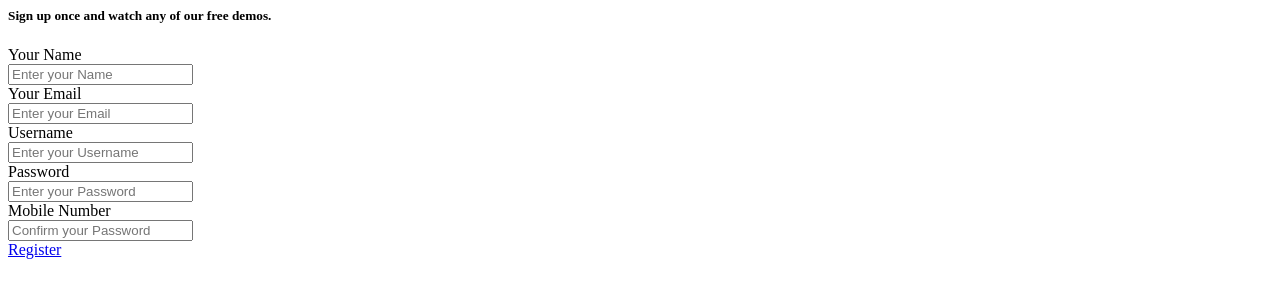
Repository: aneishkumar/AngularJS-Application
Page: Angularjs-Application-march16th/project2/WebContent/register.html
These files come from the project's save history. The page is drawn as it stood at one moment and after the next save; the edit follows.
The browser window is 1280 px wide. The pictures show the whole page.

Above is the page before, as saved 2018-03-15 19:10:40.

### Angularjs-Application-march16th/project2/WebContent/register.html
<div class="container">
			<div class="row main">
				<div class="main-login main-center">
				<h5>Sign up once and watch any of our free demos.</h5>
					<form >

						<div class="form-group">
							<label for="name" class="cols-sm-2 control-label">Your Name</label>
							<div class="cols-sm-10">
								<div class="input-group">
									<span class="input-group-addon"><i class="fa fa-user fa" aria-hidden="true"></i></span>
									<input type="text" class="form-control" name="name" ng-model="user.name"  placeholder="Enter your Name"/>
								</div>
							</div>
						</div>

						<div class="form-group">
							<label for="email" class="cols-sm-2 control-label">Your Email</label>
							<div class="cols-sm-10">
								<div class="input-group">
									<span class="input-group-addon"><i class="fa fa-envelope fa" aria-hidden="true"></i></span>
									<input type="text" class="form-control" name="email" ng-model="user.EMAILID"  placeholder="Enter your Email"/>
								</div>
							</div>
						</div>

						<div class="form-group">
							<label for="username" class="cols-sm-2 control-label">Username</label>
							<div class="cols-sm-10">
								<div class="input-group">
									<span class="input-group-addon"><i class="fa fa-users fa" aria-hidden="true"></i></span>
									<input type="text" class="form-control" name="username" ng-model="user.USERNAME"  placeholder="Enter your Username"/>
								</div>
							</div>
						</div>

						<div class="form-group">
							<label for="password" class="cols-sm-2 control-label">Password</label>
							<div class="cols-sm-10">
								<div class="input-group">
									<span class="input-group-addon"><i class="fa fa-lock fa-lg" aria-hidden="true"></i></span>
									<input type="password" class="form-control" name="password" ng-model="user.password"  placeholder="Enter your Password"/>
								</div>
							</div>
						</div>

						<div class="form-group">
							<label for="confirm" class="cols-sm-2 control-label">Mobile Number</label>
							<div class="cols-sm-10">
								<div class="input-group">
									<span class="input-group-addon"><i class="fa fa-lock fa-lg" aria-hidden="true"></i></span>
									<input type="password" class="form-control" name="confirm" id="confirm"  placeholder="Confirm your Password"/>
								</div>
							</div>
						</div>

						<div class="form-group ">
							<a href="http://deepak646.blogspot.in" target="_blank" type="button" id="button" class="btn btn-primary btn-lg btn-block login-button">Register</a>
						</div>

					</form>
				</div>
			</div>
		</div>

After the next save:
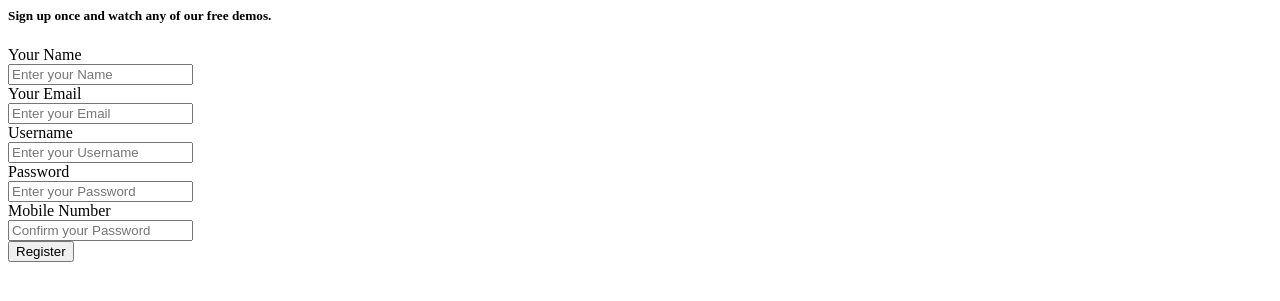
Saved 69 s later.
--- a/Angularjs-Application-march16th/project2/WebContent/register.html
+++ b/Angularjs-Application-march16th/project2/WebContent/register.html
@@ -55,7 +55,7 @@
 						</div>
 
 						<div class="form-group ">
-							<a href="http://deepak646.blogspot.in" target="_blank" type="button" id="button" class="btn btn-primary btn-lg btn-block login-button">Register</a>
+							<input type="submit" ng-click="adduser(user)" type="button" value="Register">
 						</div>
 
 					</form>
